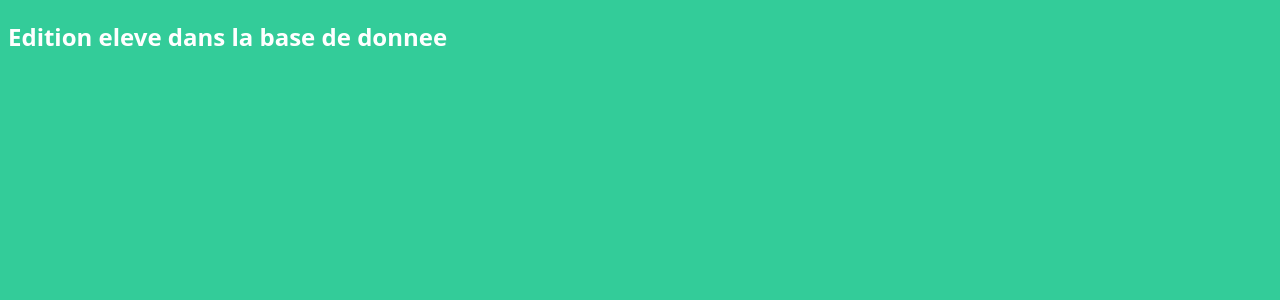
Repository: BlacKKalypso/jee-projet-workspace
Page: http://localhost/InterfaceEcole/views/eleves/edit.jsp
These files come from the project's save history. The page is drawn as it stood at one moment and after the next save; the edit follows.
The browser window is 1280 px wide. The pictures show the whole page.
The page is served by Tomcat 9. Other server files are loaded and not shown.

Above is the page before, as saved 2019-04-07 15:05:00.

### InterfaceEcole/WebContent/views/eleves/edit.jsp
<%@ page language="java" contentType="text/html; charset=ISO-8859-1"
    pageEncoding="ISO-8859-1"%>
<!DOCTYPE html>
<html>
<head>
<meta charset="ISO-8859-1">
<style>
body {
	background: #33cc99;
	color: #fff;
	font-family: 'Open Sans', sans-serif;
}
</style>
<title>Edition eleve</title>
</head>
<body>
<h2>Edition eleve dans la base de donnee</h2>
<form method="post" action="" enctype="multipart/form-data"></form>
</body>
</html>

After the next save:
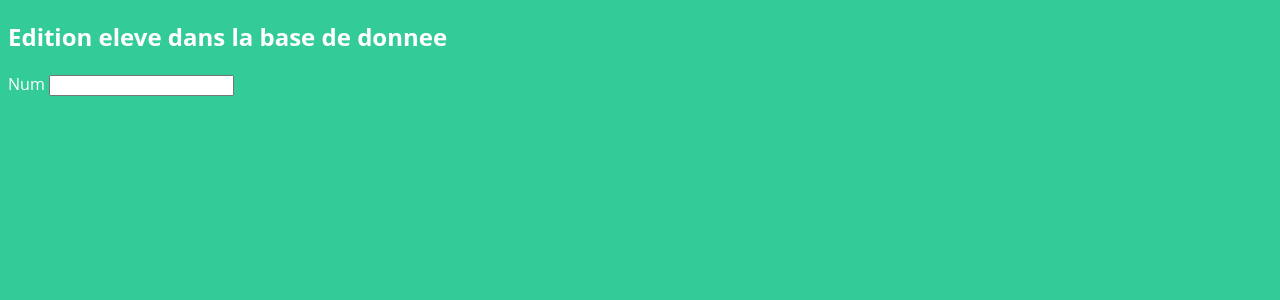
Saved 3 min 50 s later.
--- a/InterfaceEcole/WebContent/views/eleves/edit.jsp
+++ b/InterfaceEcole/WebContent/views/eleves/edit.jsp
@@ -15,6 +15,11 @@ body {
 </head>
 <body>
 <h2>Edition eleve dans la base de donnee</h2>
-<form method="post" action="" enctype="multipart/form-data"></form>
+<form method="post" action="" enctype="multipart/form-data">
+<div class="form-group">
+<label for="name">Num</label>
+<input type="text" name="num" id="num" value="" required/>
+</div>
+</form>
 </body>
 </html>
